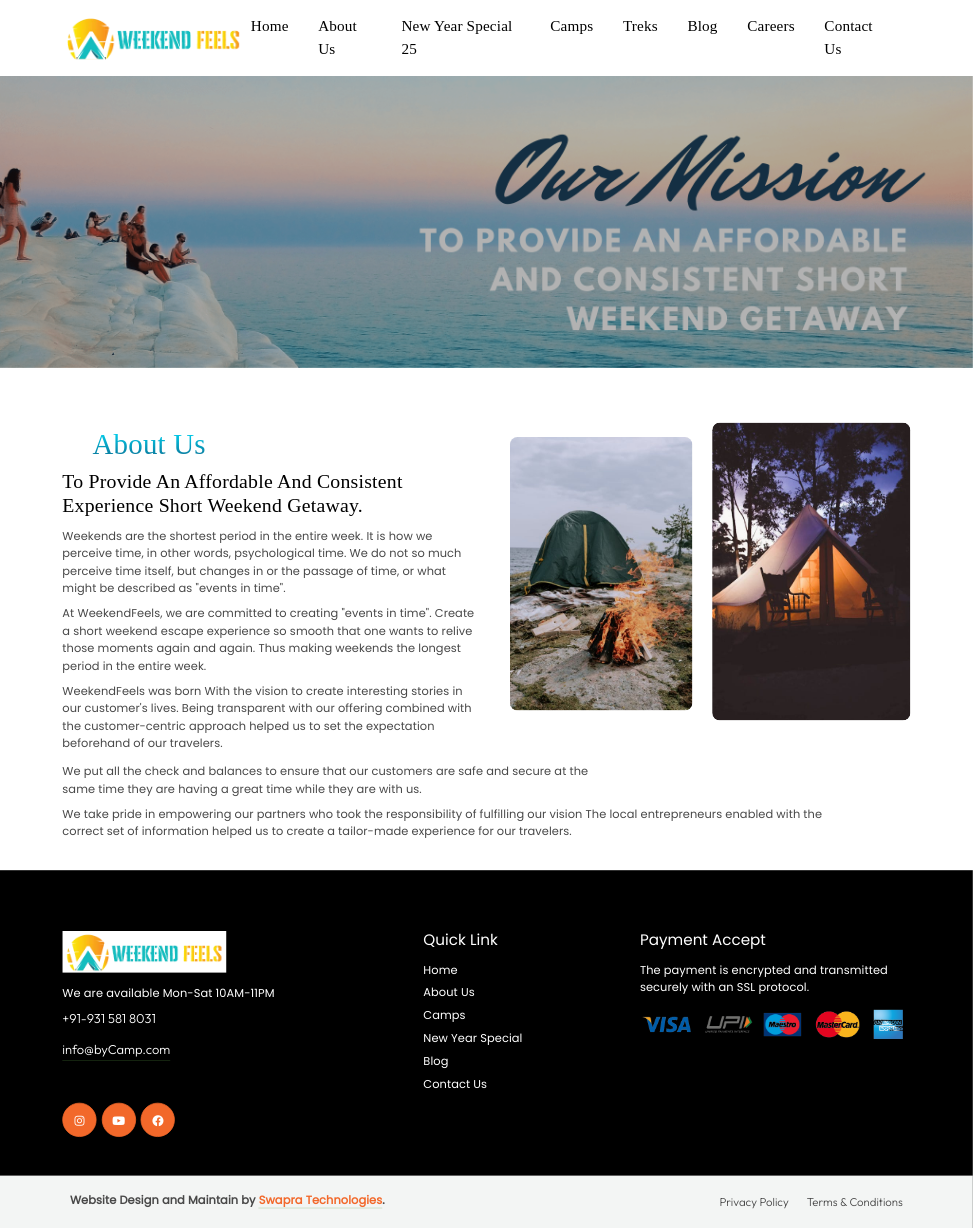
Repository: ruturajsurwase/Thymleaf-Projects
Page: http://localhost/about
These files come from the project's save history. The page is drawn as it stood at one moment and after the next save; the edit follows.
The browser window is 1280 px wide. The pictures show the whole page, at 76% of full size.
Some web fonts or font styles are not loaded; a fallback is used. The page is this project's Thymeleaf template; nobody is signed in. The template is opened directly, without the code that normally fills it, so the values that code supplies are empty.

Above is the page before, as saved 2024-12-11 10:30:57.

After the next save:
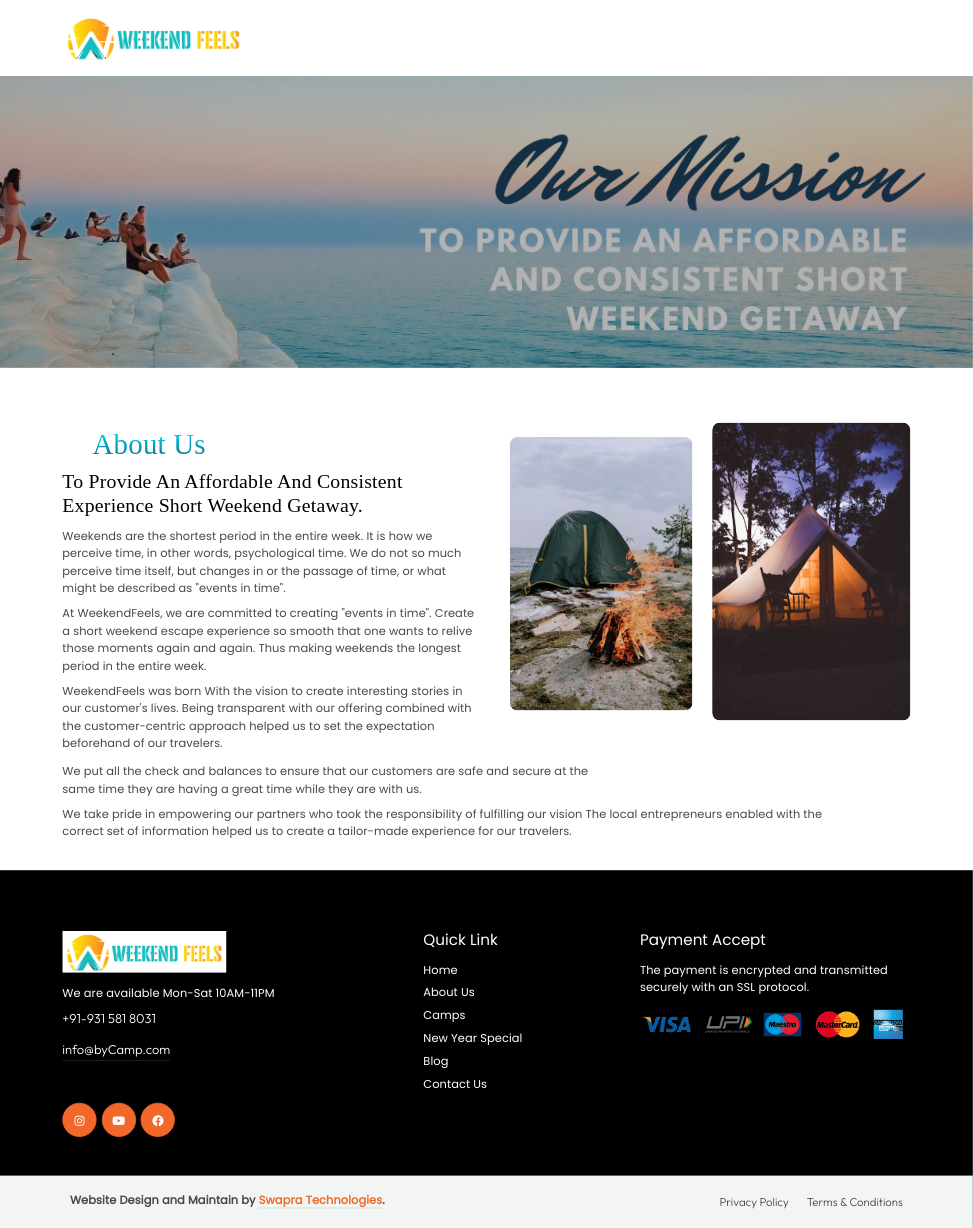
Saved 8 s later.
--- a/WEEKENDFEELS/src/main/resources/templates/about.html
+++ b/WEEKENDFEELS/src/main/resources/templates/about.html
@@ -62,16 +62,7 @@
             <div class="collapse navbar-collapse" id="navbar">
                 <ul class="navbar-nav mx-auto">
 
-                    <li class="nav-item"><a class="nav-link" href="index.php">Home</a></li>
-                    <li class="nav-item"><a class="nav-link" href="about.php">About Us</a></li>
-                    <li class="nav-item"><a class="nav-link" href="newyears.php">New Year Special 25</a></li>
-                    <li class="nav-item"><a class="nav-link" href="camp.php">Camps</a></li>
-                    <li class="nav-item"><a class="nav-link" href="treks.php">Treks</a></li>
-
-
-                    <li class="nav-item"><a class="nav-link" href="blog.php">Blog</a></li>
-                    <li class="nav-item"><a class="nav-link" href="career.php">Careers</a></li>
-                    <li class="nav-item"><a class="nav-link" href="contact.php">Contact Us</a></li>
+
                 </ul>
 
             </div>

After the save that followed:
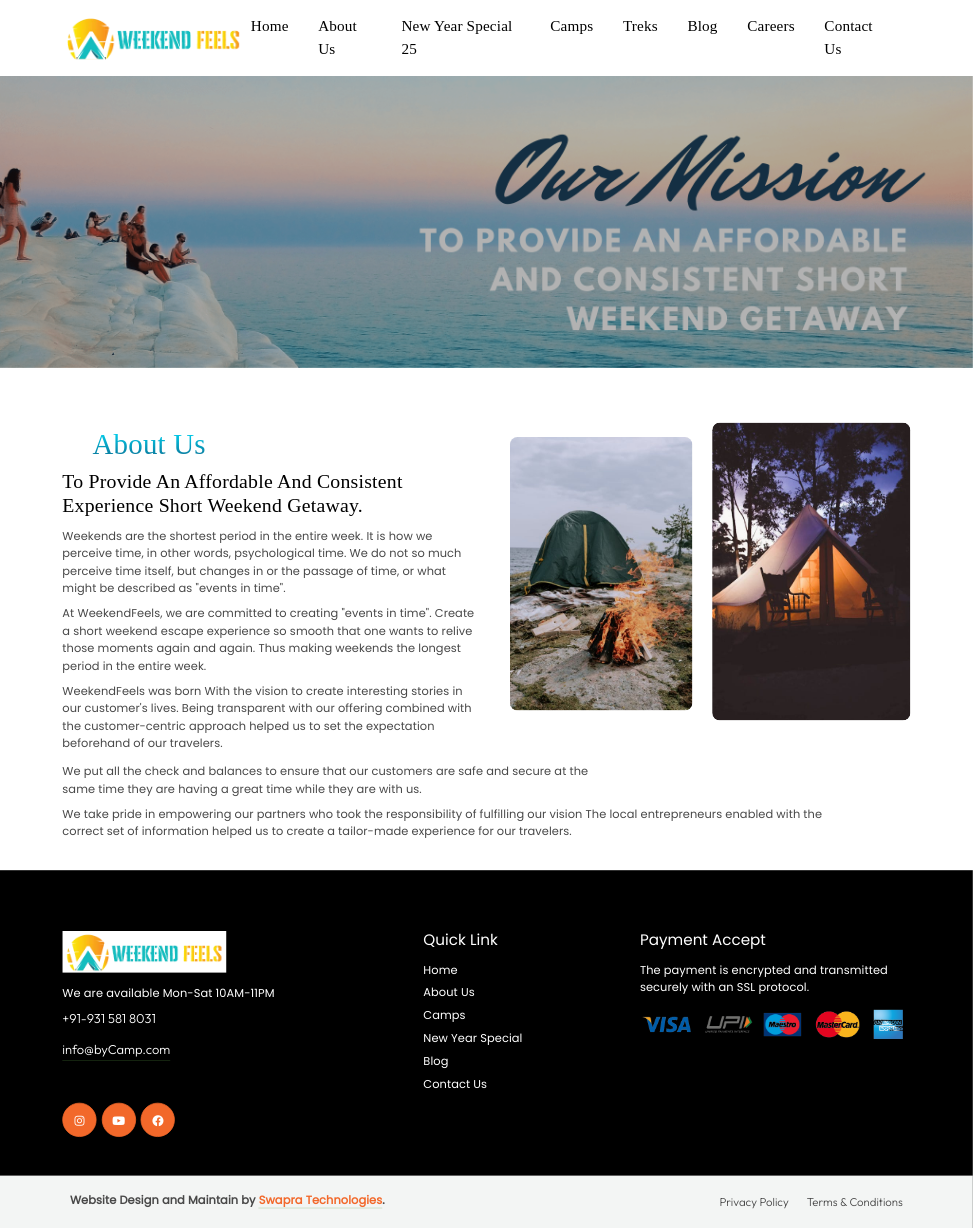
Saved 9 s later.
--- a/WEEKENDFEELS/src/main/resources/templates/about.html
+++ b/WEEKENDFEELS/src/main/resources/templates/about.html
@@ -62,7 +62,14 @@
             <div class="collapse navbar-collapse" id="navbar">
                 <ul class="navbar-nav mx-auto">
 
-
+                  <li class="nav-item"><a class="nav-link" href="/index">Home</a></li>
+                    <li class="nav-item"><a class="nav-link" href="/about">About Us</a></li>
+                    <li class="nav-item"><a class="nav-link" href="/newyear">New Year Special 25</a></li>
+                    <li class="nav-item"><a class="nav-link" href="/camp">Camps</a></li>
+                    <li class="nav-item"><a class="nav-link" href="/trek">Treks</a></li>
+				    <li class="nav-item"><a class="nav-link" href="/blog">Blog</a></li>
+                    <li class="nav-item"><a class="nav-link" href="/career">Careers</a></li>
+                    <li class="nav-item"><a class="nav-link" href="/contact">Contact Us</a></li>
                 </ul>
 
             </div>
